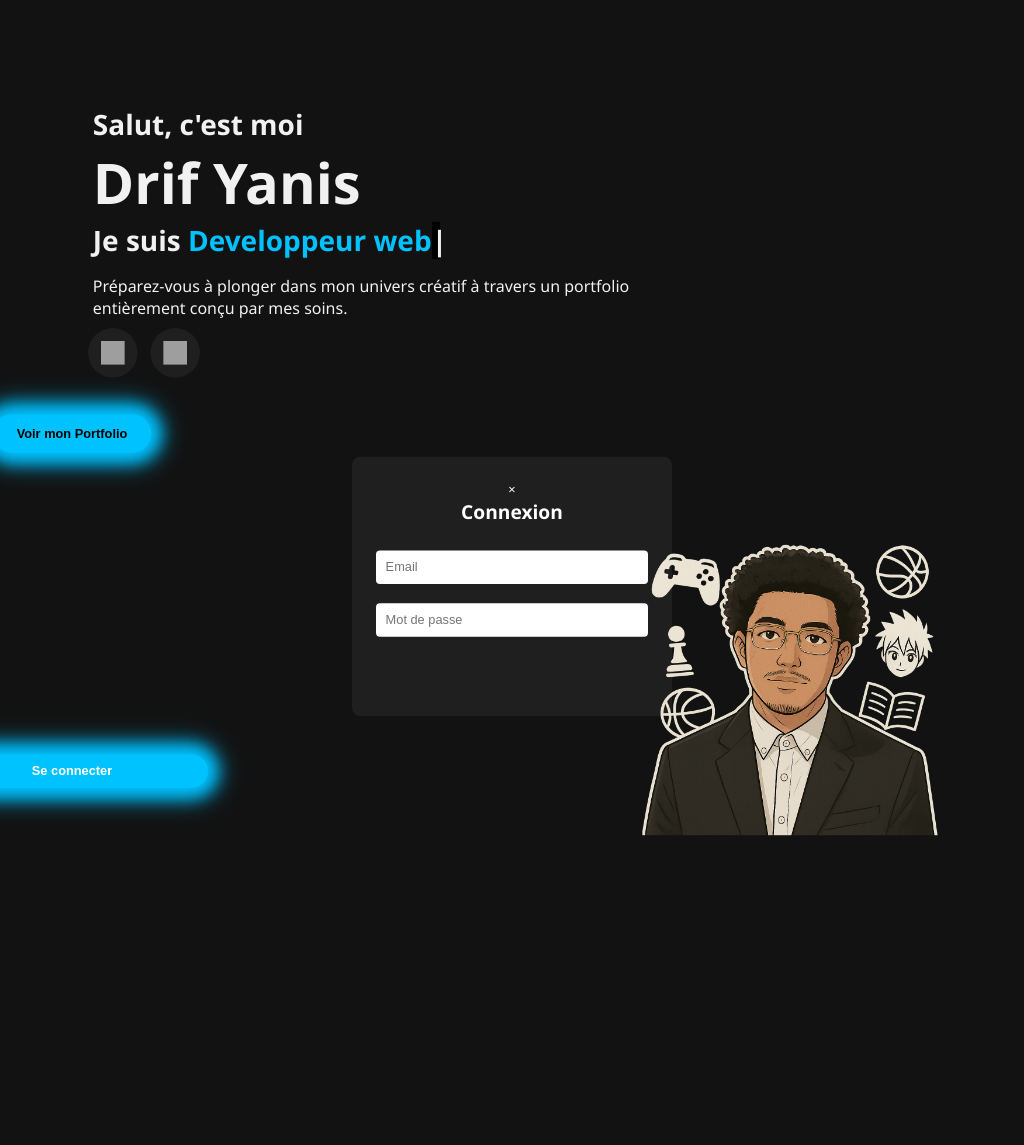
Repository: Yxniiss/ProjetCssAvance
Page: OneDrive/Bureau/Portfolio DrifYanis/index.html
An editor plug-in stored every save of this project. The page is shown before and after the next save, followed by the edit.
The browser window is 1280 px wide. The pictures show the whole page, at 80% of full size.
Pictures or frames that could not be fetched are drawn as grey boxes.

Above is the page before, as saved 2025-04-10 18:09:25.

After the next save:
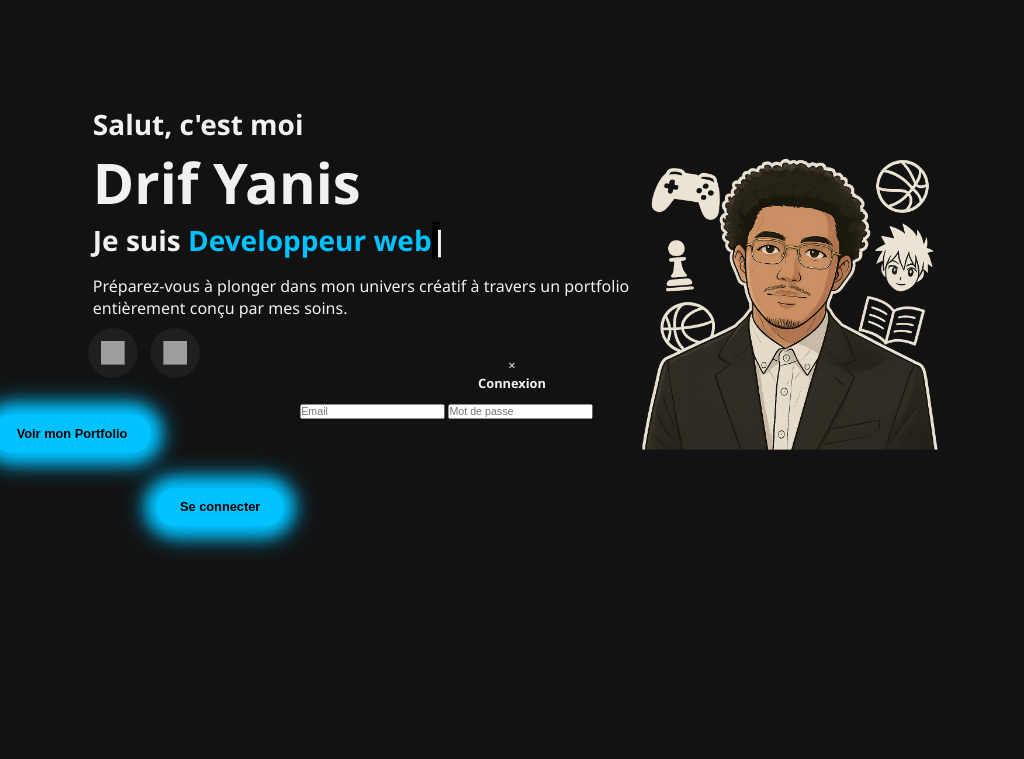
Saved 38 s later.
--- a/OneDrive/Bureau/Portfolio DrifYanis/style.css
+++ b/OneDrive/Bureau/Portfolio DrifYanis/style.css
@@ -329,52 +329,6 @@
     left: 350px;
   }
 
-  .modal-content {
-    background-color: #1f1f1f;
-    margin: 10% auto;
-    padding: 30px;
-    border-radius: 10px;
-    width: 90%;
-    max-width: 400px;
-    color: white;
-    text-align: center; /* 🔁 Centre le texte et les éléments */
-  }
-
-  .modal-content h4 {
-    margin-bottom: 20px;
-    font-size: 1.5rem;
-    font-weight: 600;
-  }
-
-  /* Champs bien alignés */
-  .modal-content input[type="email"],
-  .modal-content input[type="password"] {
-    width: 100%;
-    padding: 12px;
-    margin: 12px 0;
-    border-radius: 5px;
-    border: none;
-    font-size: 1rem;
-  }
-
-  /* Bouton Se connecter */
-  .modal-content button {
-    margin-top: 15px;
-    width: 100%;
-    padding: 12px;
-    font-size: 1rem;
-    border-radius: 25px;
-    background-color: #00c2ff;
-    color: white;
-    border: none;
-    cursor: pointer;
-    transition: 0.3s ease;
-  }
-
-  .modal-content button:hover {
-    background-color: #00a6d6;
-  }
-
 
 .hero {
   display: flex;
